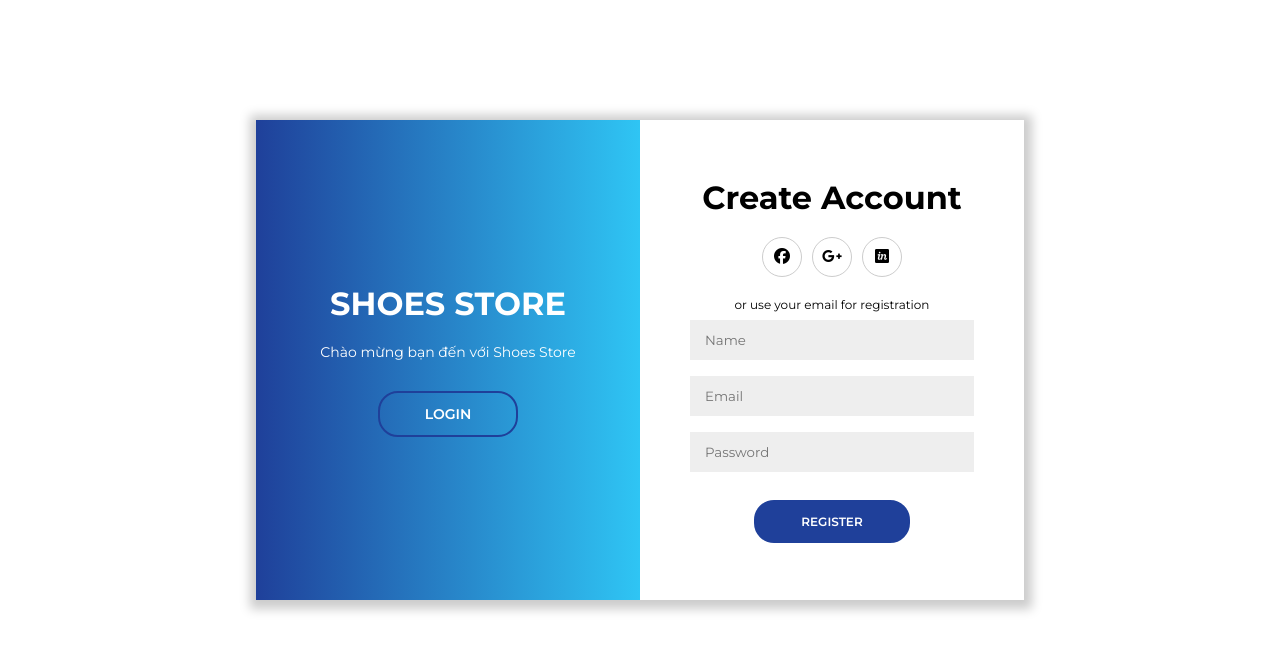
Repository: levananh202ht/Shoes-Store
Page: FondEnd/Styles/login.html
The author's editor kept a copy of each file at every save. The page is drawn from the files as they stood at one save, then again after the next save.
The browser window is 1280 px wide. The pictures show the whole page.

Above is the page before, as saved 2023-12-23 14:41:09.

After the next save:
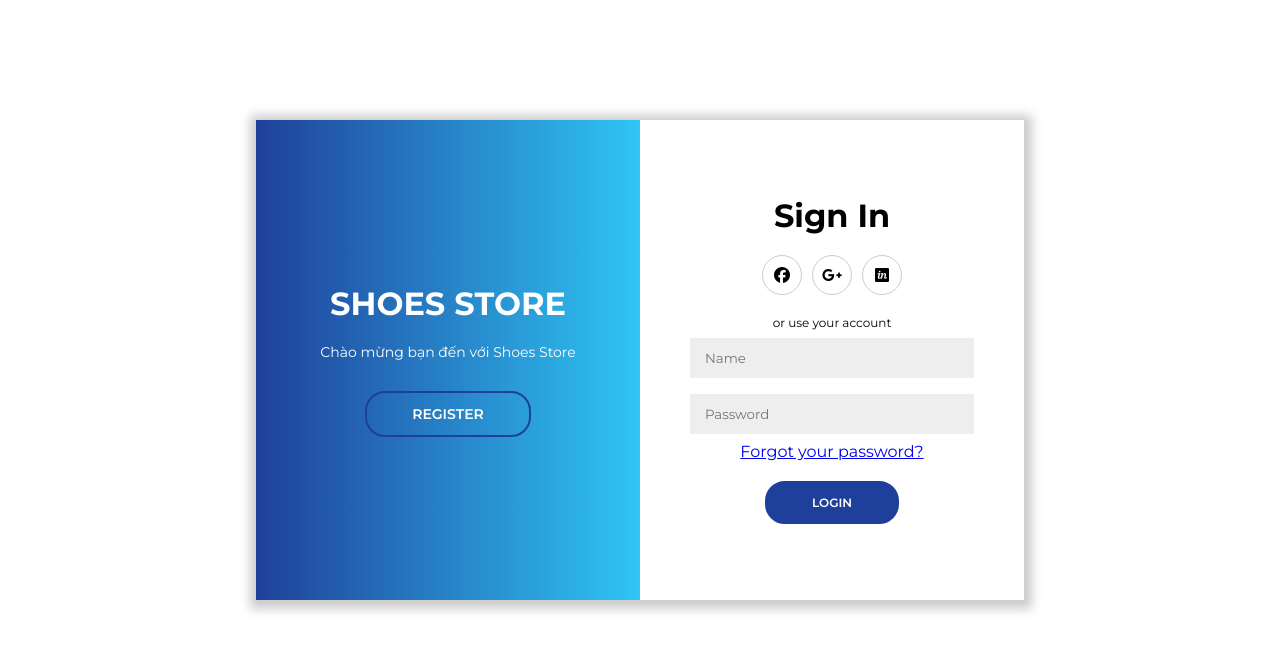
Saved 2 min 33 s later.
--- a/FondEnd/Styles/login.html
+++ b/FondEnd/Styles/login.html
@@ -13,12 +13,12 @@
         <div class="container_title">
             <h1>SHOES STORE</h1>
             <p>Chào mừng bạn đến với Shoes Store</p>
-            <button><a href="">LOGIN</a></button>
+            <button><a href="">REGISTER</a></button>
         </div>
 
         <div class="container_from">
 
-            <h1>Create Account</h1>
+            <h1>Sign In</h1>
             <ul>
                 <li>
                     <a href="https://www.facebook.com/"><i class="fa-brands fa-facebook"></i></a>
@@ -30,11 +30,11 @@
                     <a href=""><i class="fa-brands fa-invision"></i></a>
                 </li>
             </ul>
-            <p class="container_from-title1">or use your email for registration</p>
+            <p class="container_from-title1">or use your account</p>
             <input type="name" placeholder="Name">
-            <input type="email" placeholder="Email">
             <input type="password" placeholder="Password">
-            <button>REGISTER</button>
+            <a href="/#">Forgot your password?</a>
+            <button>LOGIN</button>
 
         </div>
 
